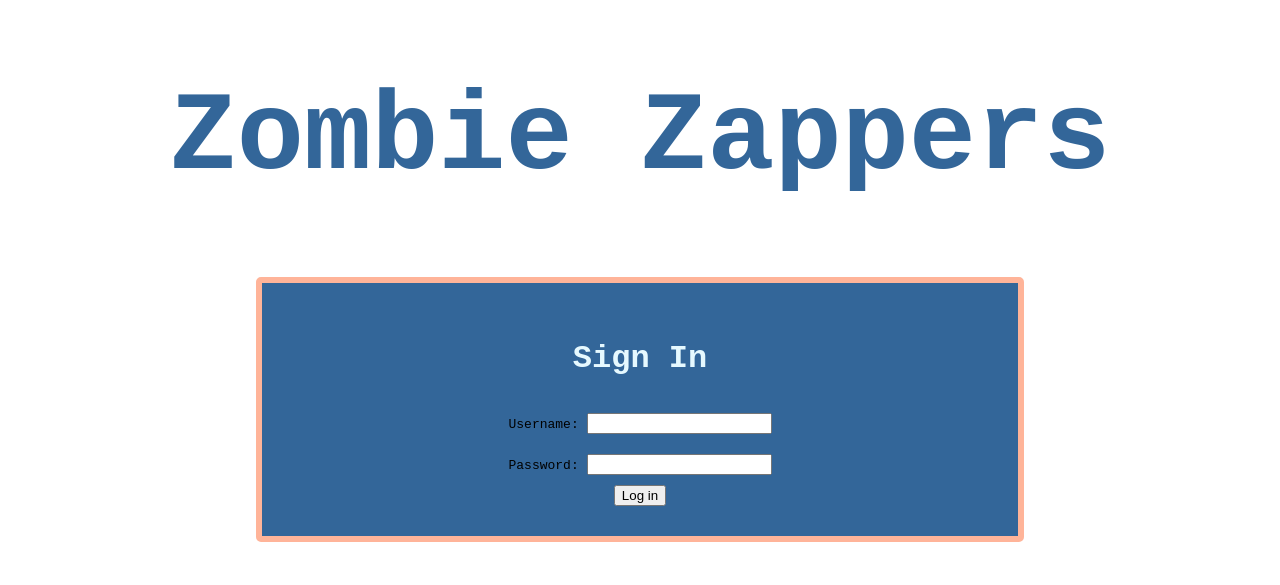
Repository: comp346s17/course-project-zombie-zapper
Page: sign-in.html
The author's editor kept a record of every edit. The page is drawn from the files as they stood at one moment, then again after the next edit.
The browser window is 1280 px wide. The pictures show the whole page.
Some web libraries are served in a nearby version.

Above is the page before.

### sign-in.html
<!DOCTYPE html>
<html>
  <head>
    <link rel="stylesheet" type="text/css" href="styles.css">
    <link rel="stylesheet" href="./font-awesome-4.7.0/css/font-awesome.min.css">
    <link rel="stylesheet" href="//code.jquery.com/ui/1.12.1/themes/base/jquery-ui.css">
    <script src="https://code.jquery.com/jquery-1.12.4.js"></script>
    <script src="https://code.jquery.com/ui/1.12.1/jquery-ui.js"></script>
  </head>
  <body>
    <div id="sign-in">
    <div id = 'title'>
      <h1> Zombie Zappers </h1>
    </div>
    <div id = 'top_post' style="margin-top:50px;width:55%">
      <h2>
        Sign In
      </h2>
        <form method="post" style="text-align:center" action="">
          <div id="user" style="padding:10px">
            Username: <input type="text">
          </div>
          <div id="pass" style="padding:10px">
          Password: <input type="text">
          </div>
          <button class="sign-in" type="submit">Log in</button>
        </form>
    </div>
    <script src="script.js"></script>
    </div>
  </body>
</html>

### styles.css
body {
  background-color: #ffffff;
  font-family: monospace;

}

#title {
  text-align: center;
  font-size: 56px;
  color: #336699;
}

#title #return h1{
  color:#336699;

}

#return h1:hover{
  color:#ffb499;
}
h1  {
  color: #336699;
}

img{
  max-width: 250px;

}

#top_post{
  background-color: #336699;
  border-width: 6px;
  border-color: #ffb499;
  border-style: solid;
  border-radius: 5px;
  margin: auto;
  width: 80%;
  padding: 30px;
  margin-bottom: 25px;
  -webkit-transition-duration: 0.4s; /* Safari */
  transition-duration: 0.4s;
}

#close-post{
  float: right;
  border-radius: 50%;
  border: none;
  margin-right: -10px;
  margin-top: -10px;
  background-color: #ffb499;
  color: #19334d;
  font-family: monospace;
  -webkit-transition:all 0.5s ease-out;
  -moz-transition:all 0.5s ease-out;
  -ms-transition:all 0.5s ease-out;
  -o-transition:all 0.5s ease-out;
  transition:all 0.5s ease-out;
}

#close-post:hover{
  -webkit-transform:scale(1.3);
  -moz-transform:scale(1.3);
  -ms-transform:scale(1.3);
  -o-transform:scale(1.3);
  transform:scale(1.3);
}

h2 {
  color: #e6f9ff;
  font-size: 32px;
  text-align: center;
}


#categories {
  text-align: center;
  color: #19334d;
  width: 75%;
  height: 50%;
  margin: auto;
  background-color: #e6f9ff;
  border-radius: 6px;
  border-style: solid;
  border-width: 10px;
  border-color: #ffb499;
  margin-top:30px;
  box-shadow: 10px 10px 5px #19334d;
}

#userdata {
  text-align: center;
  width: 75%;
  height: 50%;
  margin: auto;
  background-color: white;
  border-radius: 3px;
  border-style: solid;
  border-width: 2px;
  border-color: #ffb499;
  margin-top:30px;
  box-shadow: 10px 10px 5px #19334d;
  font-size: 30px;
  padding:0px 30px 0px 30px;
}

#userdataheadings{
  color:#dd5;
}

#userhr{
  width: 90%;
  border-width: 3px;
  /*border-color: #336699;*/
}
#category {
  text-align: left;
  color: #19334d;
  width: 90%;
  margin: auto;
  background-color: #e6f9ff;
  border-radius: 6px;
  border-style: solid;
  border-width: 10px;
  border-color: #ffb499;
  margin-top:30px;
  box-shadow: 10px 10px 5px #19334d;
  padding:10px;
}

#category button{
  display: inline;
  background-color: #336699;
  color: #ffffff;
  font-family: monospace;
  font-size:12px;
  border: none;
  padding: 10px 10px;
  border-radius: 2px;
  -webkit-transition-duration: 0.4s; /* Safari */
  transition-duration: 0.4s;

}

#category button:hover {
    background-color: #ffb499;
    color: #19334d;
}

#category tbody tr:nth-child(odd) {
  background-color: #ffffff;
}

#category_title i {
  color: #ffb499;
  display:inline-block;
  float: left;
  margin-bottom: -35px;
}

#categories td{
  padding: 15px;
  width:20%;
}

#categories i {
  color: #ffb499;
}

#category_title {
  margin: auto;
  width: 85%;
  height: 10%;
}

.comments{
  background-color: #ffffff;
  margin: auto;
  margin-top: 25px;
  width: 80%;
  text-align: left;
  box-shadow: inset 5px 5px 10px #19334d;
  padding:15px;
  color: #19334d;

}

.comments td{
  border-top: 2px solid #ffb499;
}

.comment-box{
  width:80%;
  background-color:#ffb499;
  padding:20px;
}

.comment-box button{
  display: inline;
  background-color: #336699;
  color: #ffffff;
  font-family: monospace;
  font-size:12px;
  border: none;
  padding: 10px 10px;
  border-radius: 2px;
  -webkit-transition-duration: 0.4s; /* Safari */
  transition-duration: 0.4s;

}

.comment-box button:hover {
    background-color: #ffffff;
    color: #19334d;
}

td p{
  color: #336699;
  font-size: 24px;
  margin-bottom: -35px;
}

.commitments {
  list-style: none;
  background-color: white;
  padding: 10px;
  box-shadow: inset 5px 5px 10px #19334d;
  color: #19334d;
  text-align: left;
}

.commitments ul {
  margin: 1em 0;
  padding: 0;
}

.commitments ul li {
  list-style-type: none;
  border-top: 2px solid #ffb499;
  font-weight: bold;
  padding: 10px;
}
.commitments ul li:hover {
  background-color: #ffb499;
}

.tab {
  margin: auto;
  text-align: center;
  width: 1000px;
}
.tab div {
  display: inline-block;
  padding: 10px;
  background-color: #336699;
}

.tab div h3 {
  margin: 10px;
}

#container{
  background-color: #336699;
  border-width: 6px;
  border-color: #ffb499;
  border-style: solid;
  border-radius: 5px;
  margin: auto;
  margin-bottom: 10px;
  padding: 30px;
  text-align: center;
  width: 80%;
}

span{
  padding:10px;
}
/*Searchbar implementation borrowed from https://codepen.io/912lab/pen/LsplC*/
input[type=search] {
	-webkit-appearance: textfield;
	-webkit-box-sizing: content-box;
	font-family: inherit;
	font-size: 100%;
}
input::-webkit-search-decoration,
input::-webkit-search-cancel-button {
	display: none;
}

input[type=search] {
	background: #ededed url(http://static.tumblr.com/ftv85bp/MIXmud4tx/search-icon.png) no-repeat 9px center;
	border: solid 1px #ccc;
	padding: 9px 10px 9px 32px;
	width: 150px;

	-webkit-border-radius: 10em;
	-moz-border-radius: 10em;
	border-radius: 10em;

	-webkit-transition: all .5s;
	-moz-transition: all .5s;
	transition: all .5s;
}
input[type=search]:focus {
	width: 300px;
	background-color: #fff;
	border-color: #66CC75;

	-webkit-box-shadow: 0 0 5px rgba(109,207,246,.5);
	-moz-box-shadow: 0 0 5px rgba(109,207,246,.5);
	box-shadow: 0 0 5px rgba(109,207,246,.5);
}

input:-moz-placeholder {
	color: #999;
}
input::-webkit-input-placeholder {
	color: #999;
}

#tabs{
  font-family: monospace;
  background-color: #336699;
  border-width: 6px;
  border-color: #ffb499;
  border-style: solid;
  border-radius: 5px;
  margin: auto;
  margin-bottom: 10px;
  padding: 30px;
  text-align: center;
  width: 80%;
}

/*Tab styling help from http://keith-wood.name/uitabs.html */
#tabs .ui-tabs-panel{
  padding: 30px;
}


#tabs .ui-widget-header {
    /*background: transparent; */
    border: none;
    border-bottom: 6px solid #ffb499;
    -moz-border-radius: 0px;
    -webkit-border-radius: 0px;
    border-radius: 0px;
    background:#ffb499;
}
#tabs .ui-tabs-nav {
    padding-left: 0px;
    background: transparent;
    -moz-border-radius: 0px;
    -webkit-border-radius: 0px;
    border-radius: 0px;

}
#tabs .ui-tabs-nav .ui-state-default{
  font-size: 25px;
  background: transparent;
  border: none;
  border-radius: 2px;
  color: #19334d;
}

#tabs .ui-tabs-nav .ui-state-default a {

    background-color: #ffffff;
    -webkit-transition-duration: 0.4s; /* Safari */
    transition-duration: 0.4s;
}
#tabs .ui-tabs-nav .ui-state-active a {
    color: #19334d;
    background-color: #ffb499;
}
#tabs .ui-tabs-nav .ui-state-active a:hover {
    color: #19334d;
}

#tabs :not(.ui-state-active) a:hover{
  color: #ffb499;
}

#progressbar{
  margin-right:auto;
  margin-left:auto;
  height:20px;
  width:70%;

}

#progressbardiv{
  align-items:center;
  padding-bottom: 100px;
  display:block;
}

.ui-widget-header #progressbar{
  background:#ffb499;
}

.sign-in button{
  font-family: monospace;
  color:white;
  float: right;
  background-color: #336699;
  border-width: 6px;
  border-color: #ffb499;
  border-style: solid;
  border-radius: 5px;
  padding: 10px;
  box-shadow: 10px 10px 5px #19334d;
  -webkit-transition-duration: 0.4s; /* Safari */
  transition-duration: 0.4s;
}

.sign-in button:hover{
  box-shadow: 5px 5px 2px #19334d;
}

#zz-form input[type=text], select {
    width: 100%;
    padding: 12px 20px;
    margin: 8px 0;
    display: inline-block;
    border: 1px solid #ccc;
    border-radius: 4px;
    box-sizing: border-box;
}

#zz-form input[type=submit] {
    width: 100%;
    background-color: #ffb499;
    color: #19334d;
    padding: 14px 20px;
    margin: 8px 0;
    border: none;
    border-radius: 4px;
    cursor: pointer;
    -webkit-transition-duration: 0.4s; /* Safari */
    transition-duration: 0.4s;
}

#zz-form input[type=submit]:hover {
    background-color: #336699;
    color:white;
}

hr {
  border: solid;
  border-color: #ffb499;
}

label{
  background-color: #ffb499; ;
}

#userdata textarea{
  width:100%;
  height:100px;
  max-height:100px;
  font-family:monospace;
  padding:10px;
}

#userdata button{
  background-color:#336699;
  padding:10px 15px;
  border:none;
  font-family: monospace;
  font-size:15px;
}

#userdata button:hover{
  background-color:#19334d;
}

#user-icon{
  color: #ffb499;
}

### script.js

$('#close-post').click(function(){
    console.log('clicked');
    $('#top_post').css('display', 'none');
    $('this').hide();
})

Loaded but not shown: font-awesome-4.7.0/css/font-awesome.min.css (library)

After the next edit:
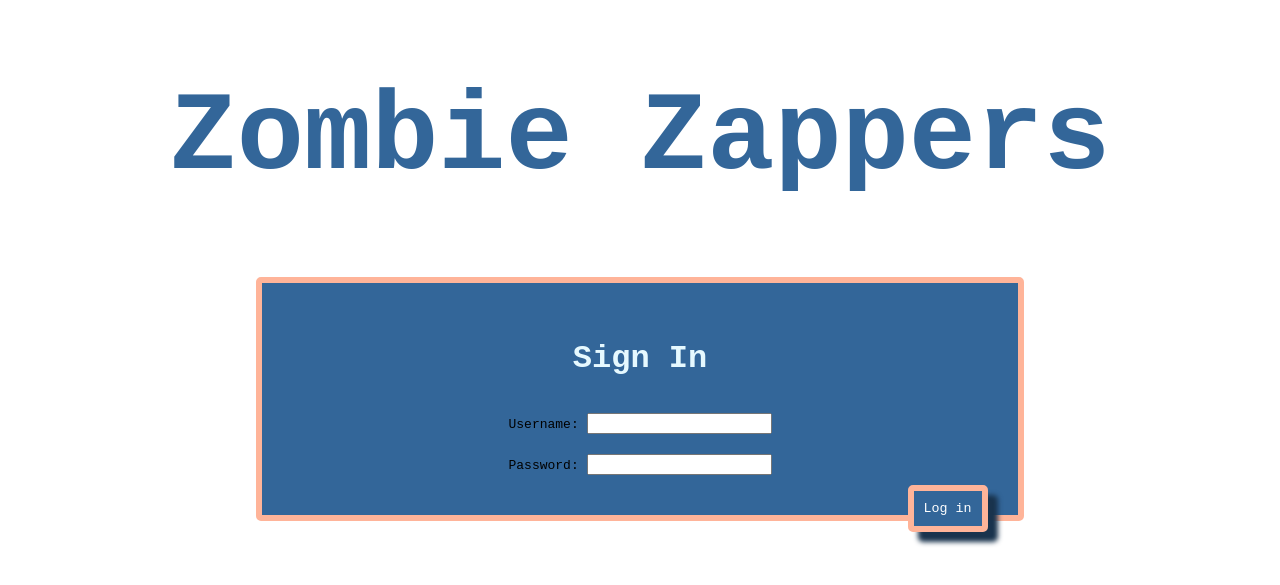
The edit:
--- a/sign-in.html
+++ b/sign-in.html
@@ -8,7 +8,7 @@
     <script src="https://code.jquery.com/ui/1.12.1/jquery-ui.js"></script>
   </head>
   <body>
-    <div id="sign-in">
+    <div class="sign-in">
     <div id = 'title'>
       <h1> Zombie Zappers </h1>
     </div>

After the 2 edits that followed:
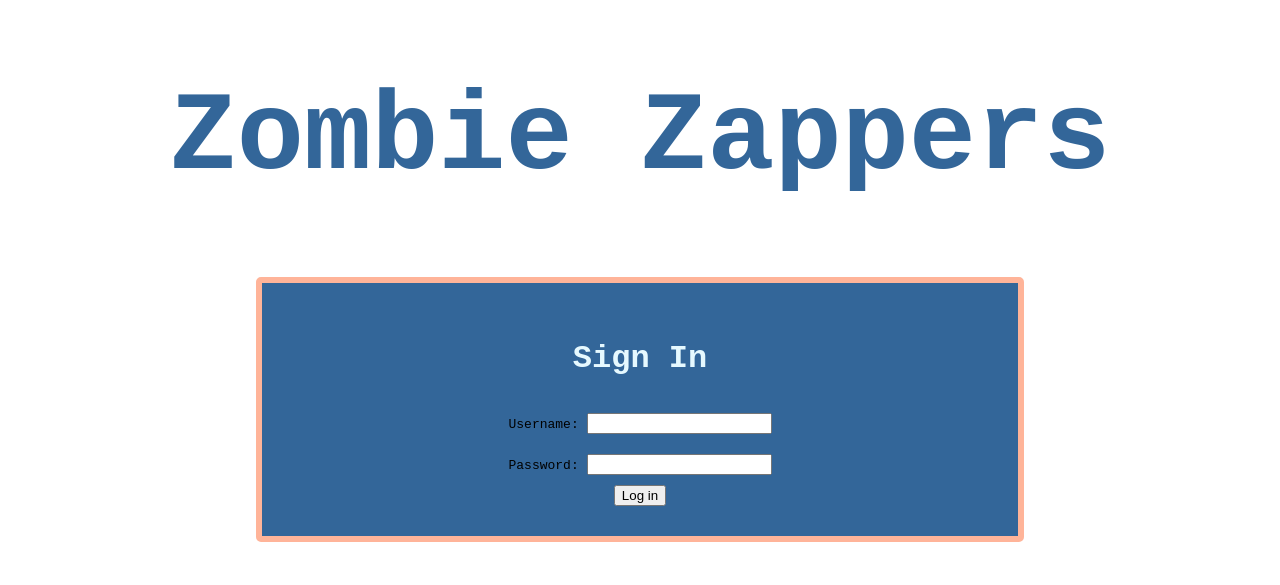
The 2 edits are shown as one change because 1 left the picture as it was.
The edit:
--- a/sign-in.html
+++ b/sign-in.html
@@ -8,7 +8,7 @@
     <script src="https://code.jquery.com/ui/1.12.1/jquery-ui.js"></script>
   </head>
   <body>
-    <div class="sign-in">
+    <div id="loginpage">
     <div id = 'title'>
       <h1> Zombie Zappers </h1>
     </div>
@@ -23,7 +23,7 @@
           <div id="pass" style="padding:10px">
           Password: <input type="text">
           </div>
-          <button class="sign-in" type="submit">Log in</button>
+          <button>Log in</button>
         </form>
     </div>
     <script src="script.js"></script>
